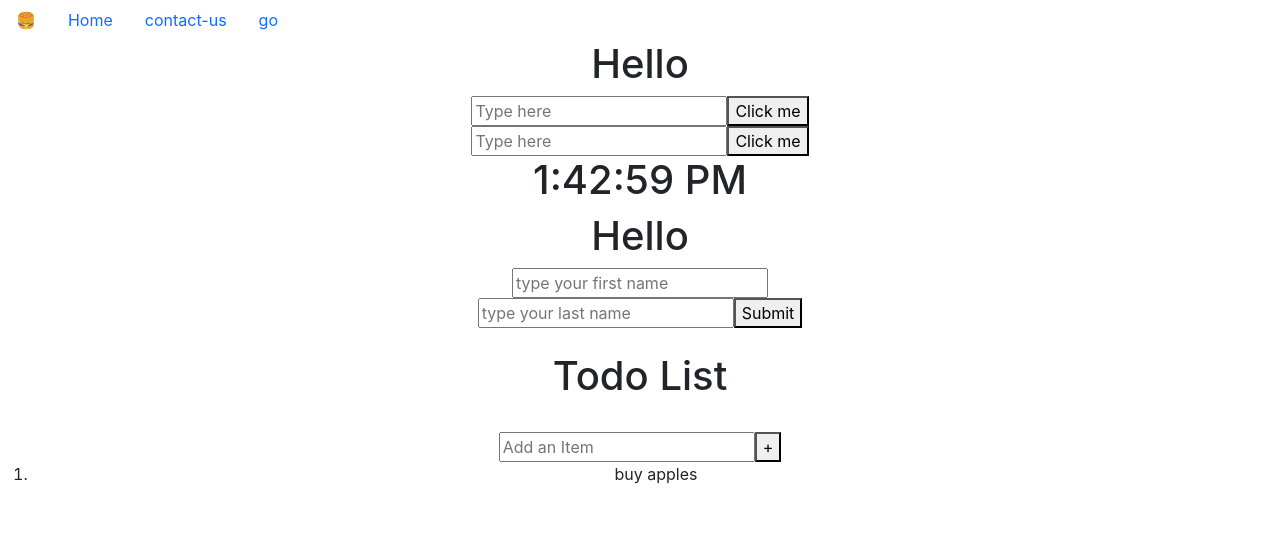
Repository: shah-zx/React-learning
Page: /about
An editor plug-in stored every save of this project. The page is shown before and after the next save, followed by the edit.
The browser window is 1280 px wide. The pictures show the whole page.
The project was rebuilt for these pictures with package versions that can differ from the ones it lists, and the page was loaded fresh each time. Also part of the build but not shown: src/components/Greet.js, src/components/Welcome.js, src/components/Swagat.js, src/components/Namaste.js, src/components/Hello.js, src/components/ayiye.js, src/components/Message.js, src/components/Thought.js and 47 more. Imported but missing from the stored project, and not drawn on this page: src/components/Indexaskeyantipattern.

Above is the page before, as saved 2021-11-12 22:05:23.

### public/index.html
<!DOCTYPE html>
<html lang="en">
  <head>
    <meta charset="utf-8" />
    <link rel="icon" href="%PUBLIC_URL%/favicon.ico" />
    <meta name="viewport" content="width=device-width, initial-scale=1" />
    <meta name="theme-color" content="#000000" />
    <meta
      name="description"
      content="Textutility is a text based utility whuc can be used to manipulate your text in way you want"
    />
    <link rel="apple-touch-icon" href="%PUBLIC_URL%/logo192.png" />
    <!--
      manifest.json provides metadata used when your web app is installed on a
      user's mobile device or desktop. See https://developers.google.com/web/fundamentals/web-app-manifest/
    -->
    <link rel="manifest" href="%PUBLIC_URL%/manifest.json" />
    <!--Bootstrap CSS-->
    <link href="https://cdn.jsdelivr.net/npm/bootstrap@5.1.3/dist/css/bootstrap.min.css" rel="stylesheet" integrity="sha384-1BmE4kWBq78iYhFldvKuhfTAU6auU8tT94WrHftjDbrCEXSU1oBoqyl2QvZ6jIW3" crossorigin="anonymous">
    <!--
      Notice the use of %PUBLIC_URL% in the tags above.
      It will be replaced with the URL of the `public` folder during the build.
      Only files inside the `public` folder can be referenced from the HTML.

      Unlike "/favicon.ico" or "favicon.ico", "%PUBLIC_URL%/favicon.ico" will
      work correctly both with client-side routing and a non-root public URL.
      Learn how to configure a non-root public URL by running `npm run build`.
    -->
    <title>Infuzex</title>
  </head>
  <body>
    <noscript>You need to enable JavaScript to run this app.</noscript>
    <div id="root"></div>
    <div id="portal-root"></div>

    <!--
      This HTML file is a template.
      If you open it directly in the browser, you will see an empty page.

      You can add webfonts, meta tags, or analytics to this file.
      The build step will place the bundled scripts into the <body> tag.

      To begin the development, run `npm start` or `yarn start`.
      To create a production bundle, use `npm run build` or `yarn build`.
    -->
    <!--Bootstrap JS-->
  <script src="https://cdn.jsdelivr.net/npm/bootstrap@5.1.3/dist/js/bootstrap.bundle.min.js" integrity="sha384-ka7Sk0Gln4gmtz2MlQnikT1wXgYsOg+OMhuP+IlRH9sENBO0LRn5q+8nbTov4+1p" crossorigin="anonymous"></script>
 </body>
</html>

### src/App.js
import logo from './logo.svg';
import './App.css';
import React, { useState } from 'react';
import Greet from './components/Greet'
import Welcome from './components/Welcome'
import Swagat from './components/Swagat'
import Namaste from './components/Namaste'
import Hello from './components/Hello'
import Ayiye from './components/ayiye';
import Message from './components/Message'
import Thought from './components/Thought'
import Counter from './components/Counter'
import Functionalclick from './components/Functionalclick'
import Eventbind from './components/Eventbind'
import ParentComponent from './components/ParentComponent';
import CoditionalRendering from './components/CoditionalRendering';
import Namelist from './components/Namelist';
import Indexaskeyantipattern from './components/Indexaskeyantipattern'
import Stylesheet from './components/Stylesheet'
import Inline from './components/Inline'
import './appStyles.css'
import styles from './appStyles.module.css'
import Form from './components/Form';
import Fragments from './components/Fragments';
import Tables from './components/Tables';
import Columns from './components/Columns';
import Purecomponents from './components/Purecomponents'
import Parentcomp from './components/Parentcomp';
import MemoComp from './components/MemoComp'
import RefsDemo from './components/RefsDemo';
import Focusinput from './components/Focusinput'
import FRparentinput from './components/FRparentinput';
import Portaldemo from './components/Portaldemo'
import Practice1 from './components/Practice1';
import Practice2 from './components/Practice2';
import Clickcounter from './components/Clickcounter';
import HoverCount from './components/HoverCount'
import Componentone from './components/Componentone'
import ClickcounterTwo from './components/ClickcounterTwo';
import HovercounterTwo from './components/HovercounterTwo'
import Hovering from './components/Hovering';
import User from './components/User'
import Counterforcountandhover from './components/Counterforcountandhover';
import Navbar from './components/Navbar';
import TextForm from './components/TextForm';
import About from './components/About';
import Alert from './components/Alert';
import {
  BrowserRouter as Router,
  Switch,
  Route,
  Link

} from "react-router-dom";
import One from './practice_components/One';
import Alert_pr from './practice_components/Alert_pr';
import Footer from './components/Footer';
import Textarea from './practice_components/Textarea';
import NotesState from '../src/context/notes/NotesState'
import Hooks from './practice_components/Hooks';
import Time from './practice_components/Time';
import Dclock from './practice_components/Dclock';
import Handlingevents from './practice_components/Handlingevents'
import Forms from './practice_components/Forms';
import Login from './practice_components/Login';
import Todo from './practice_components/Todo'
function App() {
  // const [darkMode , setDarkMode] = useState(false)  // Wether dark mode is enabled or disabled //
  const [alert, setAlert] = useState(null);  // This is used for setting the state //
  const showAlert = (message, type) => {    // This is for showing the alert

    setAlert({
      msg: message,
      type: type
    })
    setTimeout(() => {  // This will help us to fade out the text message after 2 seconds //
      setAlert(null);
    }, 2000);
  }

  return (
    <>
    <NotesState>
      <Router>

        <div className="App">
          {

            <Navbar title= "🍔" Abouttext="Home" cont="contact-us" hello="go" />
       // Passing the props //
      /*      <Greet name = "hamza" heroName = "Batman"/>
      {/* <Greet name = ""  <Greet name = "shahnawaz" superName = "Superman"/>
      <Greet name = "rahul" wonderName = "women"/>

      {/*<Welcome />
      <Swagat />
      <Namaste />
      <Hello />
      <Ayiye naam="shahnawaz" elder="Brother" />
      <Ayiye naam="hamza" younger="Brother" /> */}
          {/* <Greet name="shahnawaz" heroName="Batman" /> */}
          {/* <Greet /> */}
          {/* <Welcome name="Hamza" heroName="Superman" /> */}
          {/* <Message />
      <Thought />
      <Counter /> */}
          {/* <ParentComponent /> */}
          {/* <Functionalclick /> */}
          {/* <Eventbind /> */}
          {/* <CoditionalRendering /> */}
          {/* <Namelist />  */}
          {/* <Indexaskeyantipattern /> */}
          {/* <Stylesheet primary = {true} />
      <Inline />
      <h1 className='error'>Error</h1>
      <h1 className={styles.success}>Success</h1>
      <Form /> */}
          {/* <Purecomponents /> */}
          {/* <Fragments /> */}
          {/* <Tables /> */}
          {/* <Parentcomp /> */}
          {/* <MemoComp /> */}
          {/* <Practice1 naam="romeo" herokanaam="billu" /> */}
          {/* <Hello />
      <RefsDemo />
      <Focusinput />
      <FRparentinput />
      <Portaldemo /> */}
          {/* <Practice2 /> */}
          {/* <Clickcounter /> */}
          {/* <HoverCount /> */}
          {/* <Componentone /> */}
          {/* <ClickcounterTwo /> */}
          {/* <HovercounterTwo /> */}
          {/* <Hovering /> */}
          {/* <User render={(isLoggedIn) => isLoggedIn ? 'Rendered' : 'Guest'} />   */}
          {/* <Counterforcountandhover render = {(count , incrementCount) => <ClickcounterTwo count = {count} incrementCount = {incrementCount}/> }/> */}
          {/* <Counterforcountandhover render = {(count , incrementCount) => <Hovering count = {count} incrementCount = {incrementCount}/> }/> */}
          {/* <Hooks/>
          <Time /> */}
          <Forms/>
          {/* <Handlingevents /> */}
          <Dclock/>
          <Login />
          <Todo />
          <Alert alert={alert} />
          {/* <div className="alert">
            <Alert_pr showAlert={showAlert} />
          </div>
          <div classname="greet">
            <Greet />
          </div>
          <div className="container my-3" >
            <Switch>
              <Route path="/about">
                <About />
                {/* <Ayiye/> */}
              {/* </Route>
              <Route path="/">
                <TextForm showAlert={showAlert} heading="Enter the text to see :" />
                <div className="txt">
                  <Textarea st="checkbox"/>
                </div>
                <div className="red_card">
                  <One />
                  <div className="container">
                    <Footer heading = "Footer" link1 = "Facebook" ls = "Twitter" oneLink = "Instagram" secLink = "LinkedIn"/>
                  </div>
                </div>
              </Route>
            </Switch>
            {/* <About /> */}
          </div>
          {/* <About /> */}
        {/* </div> */}
      </Router>
    </NotesState>
    </>
  );
}

export default App;  // This is the place where we have exported our App //

// Functional components : takes properties ( a js function takes the props and returns the jsx code --> HTML code )
// As soon as we import the Greet Component we have to import it to our main App.js and use it as an html tag
// Class components : They can also recieve input as props and retun html code
// It can maintain some data private to that component
// The user component will make sure the user is logged in or not

### src/App.css
.App {
  text-align: center;
}

.App-logo {
  height: 40vmin;
  pointer-events: none;
}

@media (prefers-reduced-motion: no-preference) {
  .App-logo {
    animation: App-logo-spin infinite 20s linear;
  }
}

.App-header {
  background-color: #282c34;
  min-height: 100vh;
  display: flex;
  flex-direction: column;
  align-items: center;
  justify-content: center;
  font-size: calc(10px + 2vmin);
  color: white;
}

.App-link {
  color: #61dafb;
}

@keyframes App-logo-spin {
  from {
    transform: rotate(0deg);
  }
  to {
    transform: rotate(360deg);
  }
}

/*
.red_card {
  display: flex;
  flex-wrap: wrap;
} */

.container {
  margin-top: 2em;
}

### src/components/Navbar.js
// Here we are making a navbar component //

import React from 'react'
import PropTypes from 'prop-types' // Importing the proptypes from props //
import {Link} from 'react-router-dom' // Importing the Link  , thing to remember : exporting not as DEFAULT //
export default function Navbar(props) {

    return (
        <ul className="nav">
        <li className="nav-item">
          <Link className="nav-link active" aria-current="page" to="/">{props.title}</Link>
        </li>
        <li className="nav-item">
          <Link className="nav-link" to="about">{props.Abouttext}</Link>
        </li>
        <li className="nav-item">
          <Link className="nav-link" to="/">{props.cont}</Link>
        </li>
        <li className="nav-item">
          <a className="nav-link">{props.hello}</a>
        </li>
      </ul>
    )
}
Navbar.propTypes = {      // These are our navbar properties //
                      title : PropTypes.string.isRequired ,
                      Abouttext : PropTypes.string
                   }

Navbar.defaultProps = {title : 'set title here' ,
                        Abouttext : 'set abouttext here'
                    }

### src/context/notes/NotesState.js
import react, { useState } from 'react';
import noteContext from './noteContext'

const NotesState = (props) => {
    const s1 = {
        "name": "Shahnawaz",
        "class": "5a"
    }
    const [state, setState] = useState(s1)
    const update = () => {
        setTimeout(() => {
            setState({
                "name": "hamza",
                "class": "12a"
            })
        }, 3000);
    }
    return (
        <noteContext.Provider value={{ state, update }}>
            {props.children}
        </noteContext.Provider>


    )
}

export default NotesState;

### src/practice_components/Dclock.jsx
import React , {useState} from 'react'

function Dclock() {

   let time = new Date().toLocaleTimeString();

   const[ctime , setTime] = useState(time)

   const updateTime = () => {
      let newtime = new Date().toLocaleTimeString();
      setTime(newtime)
   }

   setInterval(updateTime,1000) // This function will take a call back function and the interval after which the event will take place

    return (
        <>
            <h1>{ctime}</h1>
        </>
    )
}

export default Dclock

### src/practice_components/Forms.jsx
import React, { useState } from 'react'



function Forms() {

    const [fullName, setfullName] = useState({
        fname : "" ,
        lname : "" ,
    });

    const inputEvent = (event) => {  // We are passing the text we will be weiting in the input in an object called event
        // setName(event.target.value)
    };

    const onSubmits = (event) => {
        event.preventDefault();
        alert('Form submitted successfully')
    }


    const handleChange = () => {
        // setFullName(name);
    }
    return (
        <>
        <div className="main_div">
        <form onSubmit = {onSubmits}>
            <h1>Hello {fullName.fname} {fullName.lname}</h1>
            <input type="text"
                placeholder="Type here"
                value={fullName.fname}
                onChange={inputEvent}
                name = "fname">
                </input>
            <button onClick={handleChange}
                type="submit">Click me </button>
            <br />
            <input type="text"
                placeholder="Type here"
                value={fullName.lname}
                onChange={inputEvent}
                name = "lname">
                </input>
            <button onClick={handleChange}
                type="submit">Click me </button>
                </form>
                </div>
        </>
    )
}

export default Forms

// Note : as we do for button , which is onClick , we do for input field also : that is onChange
//    console.log(event.target.value)  // accessing our text

### src/practice_components/Login.jsx
import React, { useState } from 'react'

function Login() {

  const [name, setName] = useState("")

  const [lastName, setLastName] = useState("");

  const [fullName, setfullName] = useState("")

  const [lastNamenew , setlastNamenew] = useState("")

  const onSubmits = (event) => {
    event.preventDefault();  // This will help in preventing the default behaviour of the form
    setfullName(name)
    setlastNamenew(lastName)
  }

  const handleThat = (event) => {
    setName(event.target.value);
  }

  const handleThattwo = (event) => {
    setLastName(event.target.value)
  }

  return (
    <>
      <div className="main_div">
        <form onSubmit={onSubmits}>
          <h1>Hello {fullName} {lastNamenew}</h1>
          <input
            onChange={handleThat}
            type="text"
            placeholder="type your first name"
            value={name}>
          </input>
          <br/>
          <input
          type = "text"
          onChange = {handleThattwo}
          placeholder = "type your last name"
          value = {lastName}>
          </input>
          <button type="submit">Submit</button>
        </form>
      </div>
    </>
  )
}

export default Login

### src/practice_components/Todo.js
import React from 'react'

function App() {
    return (
        <div className="main_div">
        <div className="center_div">
            <br />
            <h1>Todo List</h1>
            <br />
            <input type="text" className="" placeholder = "Add an Item" />
            <button> + </button>
            <ol>
                <li>buy apples</li>
            </ol>
        </div>

        </div>
    )
}

export default App

### src/context/notes/noteContext.js
import { createContext } from "react";
const noteContext = createContext();   // Here we craeted a new context which will hold our states


export default noteContext;


// Here we have formed the context API

Loaded but not shown: src/index.js (common file); src/index.css (common file); src/reportWebVitals.js (common file)

After the next save:
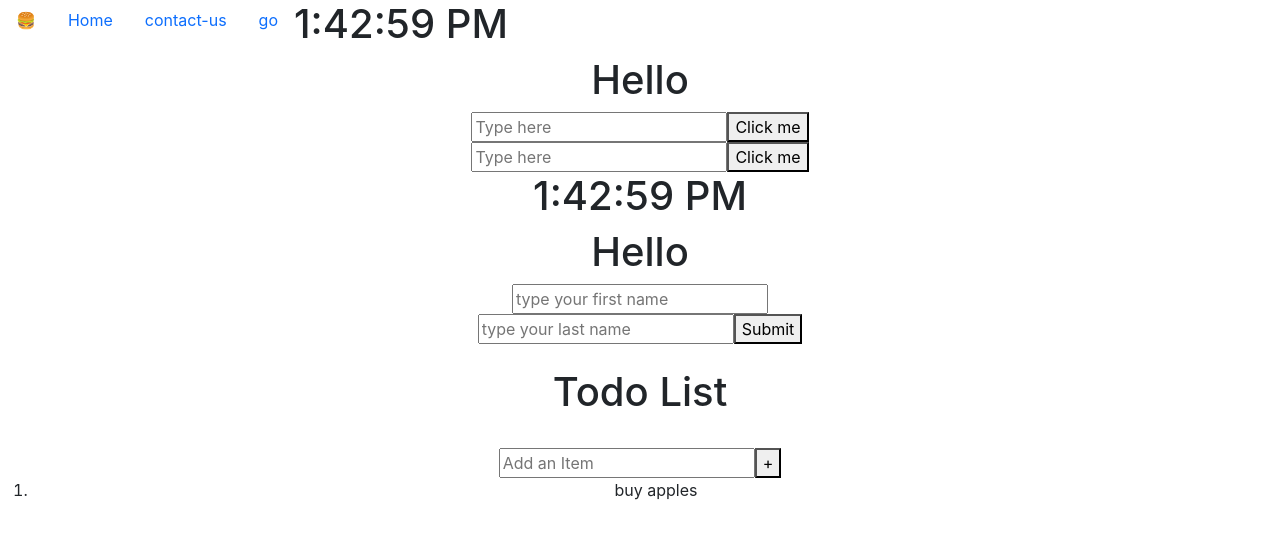
Saved 4 min 54 s later.
--- a/src/components/Navbar.js
+++ b/src/components/Navbar.js
@@ -3,6 +3,7 @@
 import React from 'react'
 import PropTypes from 'prop-types' // Importing the proptypes from props //
 import {Link} from 'react-router-dom' // Importing the Link  , thing to remember : exporting not as DEFAULT //
+import Dclock from '../practice_components/Dclock'
 export default function Navbar(props) {
 
     return (
@@ -19,6 +20,7 @@
         <li className="nav-item">
           <a className="nav-link">{props.hello}</a>
         </li>
+        <Dclock/>
       </ul>
     )
 }

After the 2 saves that followed:
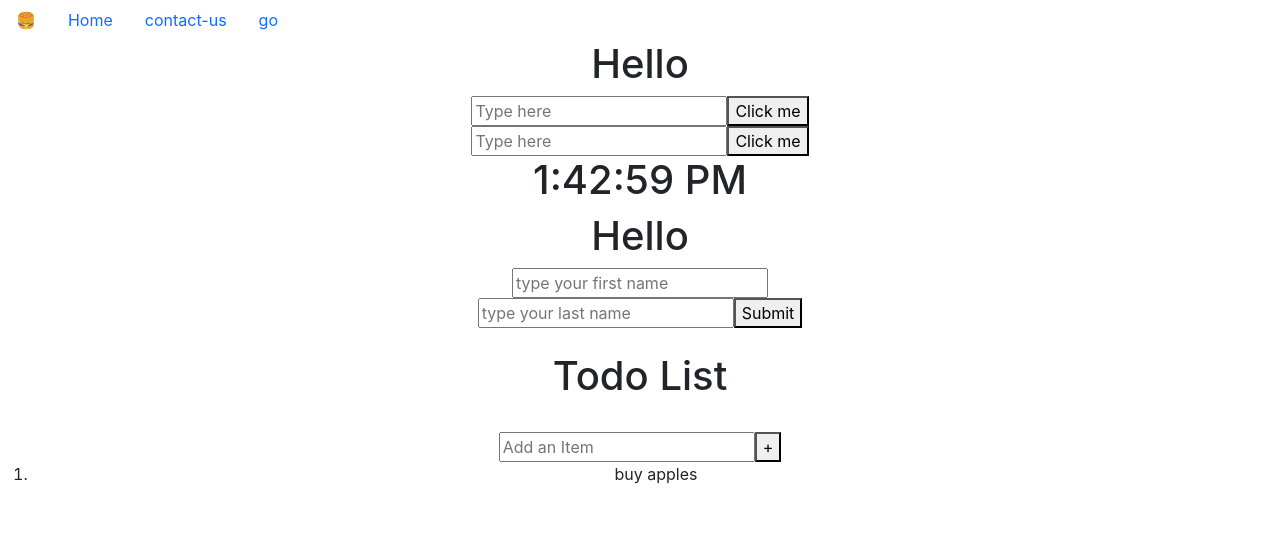
The 2 saves are shown as one change because 1 did not build or start.
The last was saved 79 s later.
--- a/src/components/Navbar.js
+++ b/src/components/Navbar.js
@@ -20,7 +20,6 @@
         <li className="nav-item">
           <a className="nav-link">{props.hello}</a>
         </li>
-        <Dclock/>
       </ul>
     )
 }
